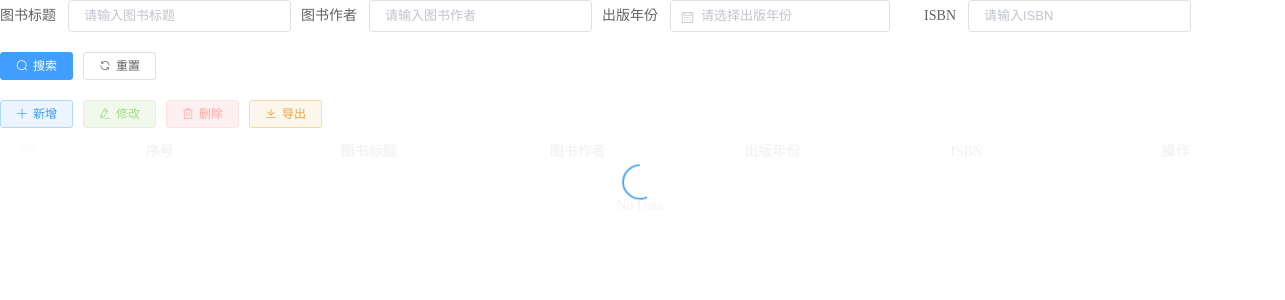
Repository: jacklihy/capgeminitestfrontend
Page: /
The author's editor kept a copy of each file at every save. The page is drawn from the files as they stood at one save, then again after the next save.
The browser window is 1280 px wide. The page is 1285 px wide, so the pictures cover 1285 px, including what lies to the right of the window. The pictures show the whole page.
The page's requests for data from a server got no answer. The project was rebuilt for these pictures with package versions that can differ from the ones it lists, and the page was loaded fresh each time. No one was signed in, and anything a server would have sent is missing. Also part of the build but not shown: vue.config.js.

Above is the page before, as saved 2024-03-08 14:09:42.

After the next save:
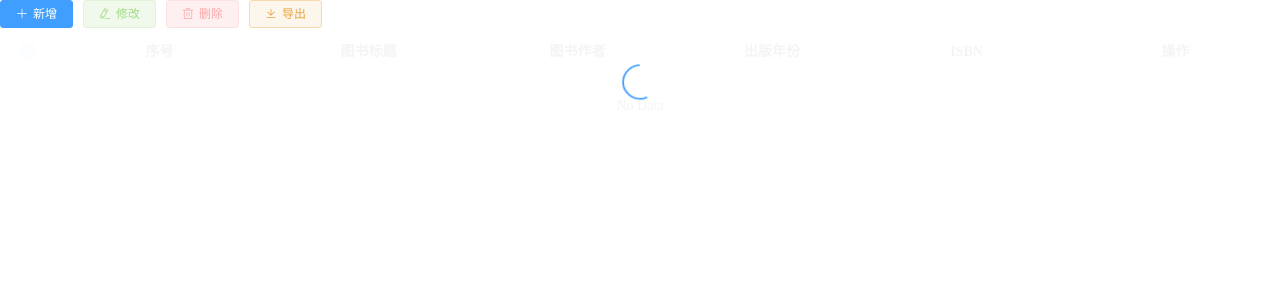
Saved 56 s later.
--- a/src/components/header.vue
+++ b/src/components/header.vue
@@ -1,6 +1,6 @@
 <template>
     <div class="app-container">
-      <el-form :model="queryParams" ref="queryForm" size="small" :inline="true" v-show="showSearch" label-width="68px">
+      <!-- <el-form :model="queryParams" ref="queryForm" size="small" :inline="true" v-show="showSearch" label-width="68px">
         <el-form-item label="图书标题" prop="bookTitle">
           <el-input
             v-model="queryParams.bookTitle"
@@ -37,7 +37,7 @@
           <el-button type="primary" icon="el-icon-search" size="mini" @click="handleQuery">搜索</el-button>
           <el-button icon="el-icon-refresh" size="mini" @click="resetQuery">重置</el-button>
         </el-form-item>
-      </el-form>
+      </el-form> -->
 
       <el-row :gutter="10" class="mb8">
         <el-col :span="1.5">
@@ -82,7 +82,7 @@
             v-hasPermi="['system:book:export']"
           >导出</el-button>
         </el-col>
-        <right-toolbar :showSearch.sync="showSearch" @queryTable="getList"></right-toolbar>
+        <!-- <right-toolbar :showSearch.sync="showSearch" @queryTable="getList"></right-toolbar> -->
       </el-row>
 
       <el-table v-loading="loading" :data="bookList" @selection-change="handleSelectionChange">
